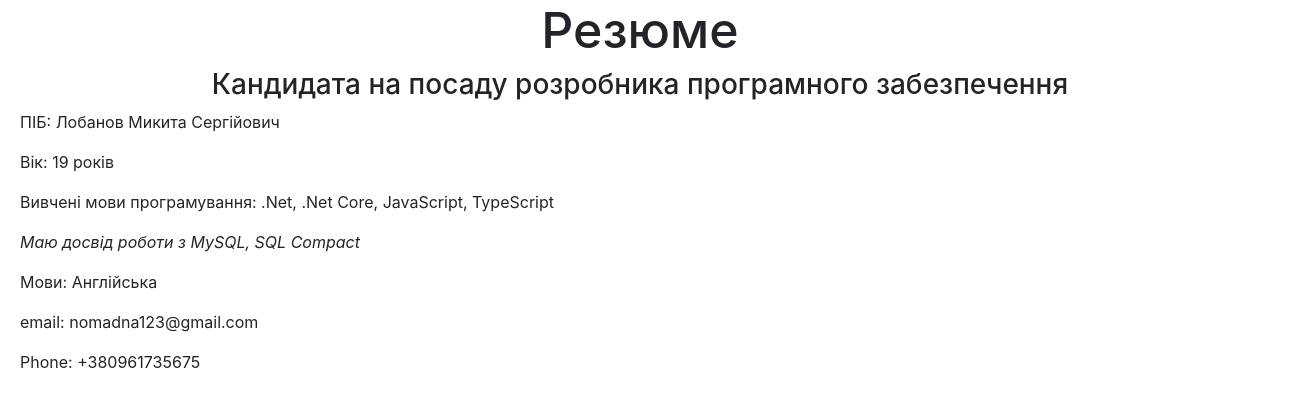
Repository: sMoonBeam/Labs
Page: AboutAuthor/WebContent/about.html
These files come from the project's save history. The page is drawn as it stood at one moment and after the next save; the edit follows.
The browser window is 1280 px wide. The page is 1280 px wide, then 1295 px, then 1280 px, so the pictures cover 1295 px, including what lies to the right of the window. The pictures show the whole page.

Above is the page before, as saved 2019-10-16 20:13:30.

After the next save:
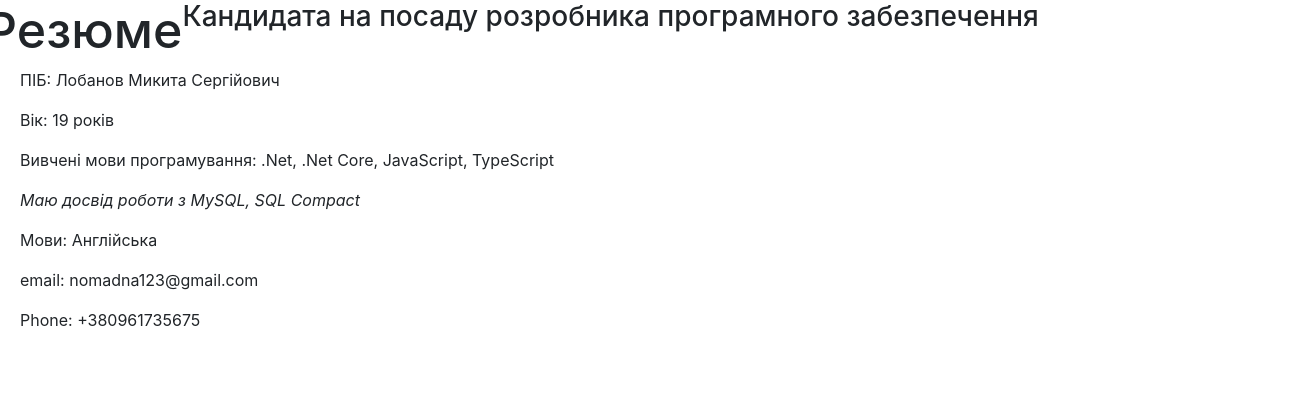
Saved 14 s later.
--- a/AboutAuthor/WebContent/about.html
+++ b/AboutAuthor/WebContent/about.html
@@ -7,7 +7,7 @@
 		<link href="https://stackpath.bootstrapcdn.com/bootstrap/4.3.1/css/bootstrap.min.css" rel="stylesheet">
 	</head>
 	<body>
-	<div align=center>
+	<div align=center class="row">
 		<h1 style="font-size:50px;">Резюме</h1>
 		<h3>Кандидата на посаду розробника програмного забезпечення</h3>
 	</div>

After the save that followed:
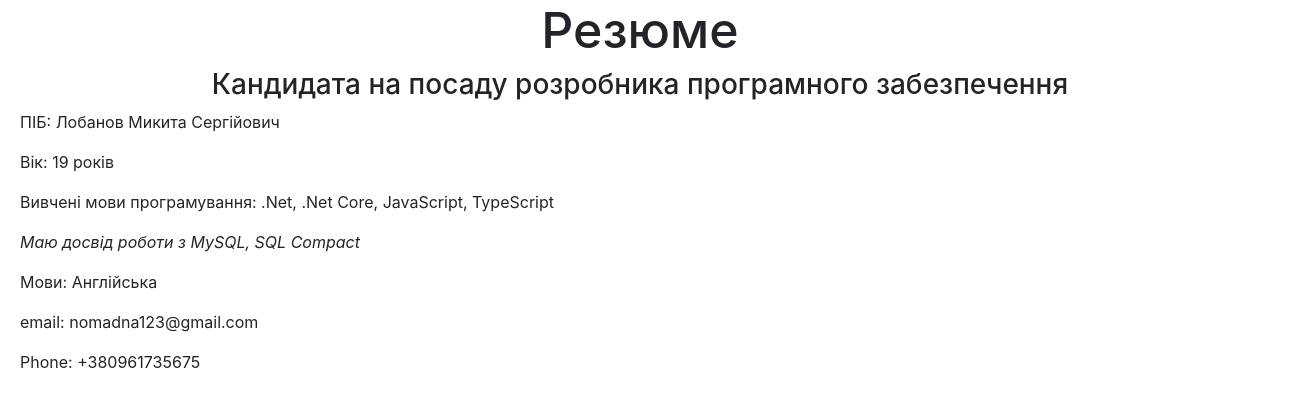
Saved 112 s later.
--- a/AboutAuthor/WebContent/about.html
+++ b/AboutAuthor/WebContent/about.html
@@ -7,7 +7,7 @@
 		<link href="https://stackpath.bootstrapcdn.com/bootstrap/4.3.1/css/bootstrap.min.css" rel="stylesheet">
 	</head>
 	<body>
-	<div align=center class="row">
+	<div align=center>
 		<h1 style="font-size:50px;">Резюме</h1>
 		<h3>Кандидата на посаду розробника програмного забезпечення</h3>
 	</div>
